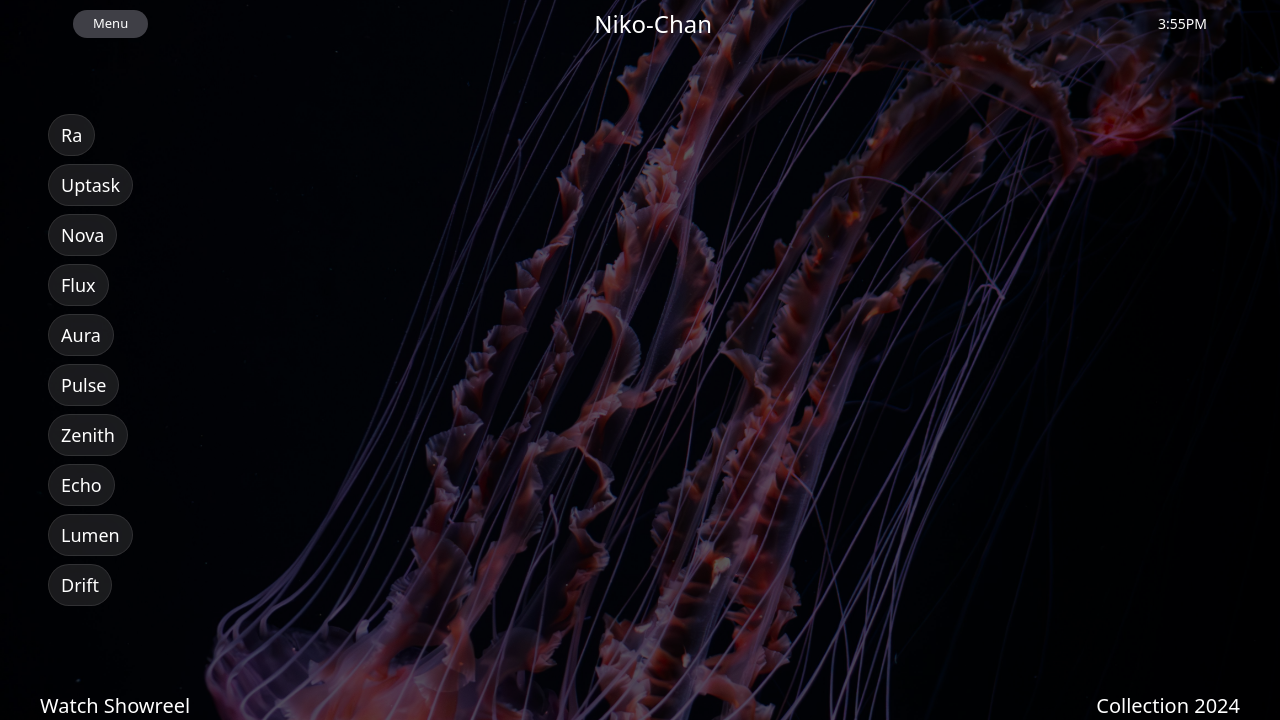
Repository: nikhilsinghrathore1/Niks_indian_local
Page: /
An editor plug-in stored every save of this project. The page is shown before and after the next save, followed by the edit.
The browser window is 1280 px wide. The pictures show the whole page.
The project was rebuilt for these pictures with package versions that can differ from the ones it lists, and the page was loaded fresh each time. Also part of the build but not shown: vite.config.ts.

Above is the page before, as saved 2024-08-27 11:26:27.

### src/App.tsx
import { useState } from 'react'
import reactLogo from './assets/react.svg'
import viteLogo from '/vite.svg'
import './App.css'
import Landing from './Components/Landing'

function App() {
  const [count, setCount] = useState(0)

  return (
    <>

      <Landing/>
    </>
  )
}

export default App

### src/App.css
@font-face {
               font-family:font1 ;
               src: url("./assets/Fontspring-DEMO-rocgroteskcomp-regular.otf");
}

.f1{
               font-family: font1;
}

.item>p{
               padding: 6px 12px;

               font-weight: lighter;
               background-color: rgba(255, 255, 255, 0.1);
               border-radius: 40px;
               border: 1px solid rgba(255, 255, 255, 0.1);
               backdrop-filter: blur(20px);
               transition: 0.3s;
}

.item>p:hover{
               background: none;
               border: 1px solid rgba(255, 255, 255, 0.25);
}

.preview{
               position: fixed ;
               width: 100% ;
               height: 100% ;
               color: #fff;
               z-index: 1;
}

.preview-bg{
               position: absolute;
               width: 100%;
               pointer-events: none;
               height: 100%;
               opacity: 0.35;
}

.preview-title h1{
               font-weight:  lighter;
               font-size: 80px;
}

.preview p , .preview-description p{
               font-size: 14px;
               line-height: 120%;
}

.preview-varient-1 .preview-img{
               position: absolute;
               bottom: 0;
               right: 0;
               margin: 2em;
               width: 300px;
               height: 400px;
               clip-path: polygon(0% 100%, 100%, 100% , 100% 100% , 0% 100%);

}

.preview-varient-1 .preview-title{
               position: absolute;
               top: 35%;
               left: 25%;
}
.preview-varient-1 .preview-tags{
               position: absolute;
               top: 35%;
               left: 40%;
}

.preview-varient-1 .preview-description{
               width: 250px;
               position: absolute;
               top: 25%;
               right: 25%;
}
.preview-varient-3 .preview-img{
               position: absolute;
               bottom: 10%;
               left: 15%;
               margin: 2em;
               width: 300px;
               height: 400px;
               clip-path: polygon(0% 0%, 0%, 0% , 0% 100% , 0% 100%);

}

.preview-varient-3 .preview-title{
               position: absolute;
               bottom: 40%;
               right: 15%;
}
.preview-varient-3 .preview-tags{
               position: absolute;
               bottom: 20%;
               right: 30%;
}

.preview-varient-3 .preview-description{
               width: 250px;
               position: absolute;
               left: 20%;
               top: 15%;
}
.preview-varient-2 .preview-img{
               position: absolute;
               top: 10%;
               right: 5%;
               margin: 2em;
               width: 300px;
               height: 400px;
               clip-path: polygon(100% 0%, 100%, 0% , 100% 100% , 100% 100%);

}

.preview-varient-2 .preview-title{
               position: absolute;
               bottom: 30%;
               left: 50%;
}
.preview-varient-2 .preview-tags{
               position: absolute;
               top: 25%;
               left: 25%;
}

.preview-varient-3 .preview-description{
               width: 250px;
               position: absolute;
               right: 10%;
               bottom: 15%;
}

### src/Components/Landing.tsx
// Landing.tsx
import { useEffect, useRef } from 'react';
import gsap from 'gsap';
import img1 from '../assets/img1.jpg';
import img2 from '../assets/img2.jpg';
import img3 from '../assets/img3.jpg';
import img4 from '../assets/img4.jpg';
import img5 from '../assets/img5.jpg';
import img6 from '../assets/img6.jpg';
import img7 from '../assets/img7.jpg';
import img8 from '../assets/img8.jpg';
import img9 from '../assets/img9.jpg';
import img10 from '../assets/img10.jpg';
import defaultBg from '../assets/default-bg.jpg';

interface TransformProps {
  x?: number;
  y?: number;
  opacity?: number;
}

type VariantTransform = {
  [key: string]: {
    [elementClass: string]: TransformProps;
  };
};

const mapClasses = [
  'variant-1',
  'variant-2',
  'variant-3',
  'variant-1',
  'variant-2',
  'variant-3',
  'variant-1',
  'variant-2',
  'variant-3',
  'variant-1',
];

const previews = [
  {
    img: img1,
    title: 'Ra',
    tags: 'Futuristic Fashion, Minimal Design',
    description:
      'Exploring the intersection of minimalism and future fashion trends in web design.',
    bg: img1,
  },
  {
    img: img2,
    title: 'Uptask',
    tags: 'Fashion Innovation, Graphic Simplicity',
    description:
      'Innovative fashion web design with a core focus on simplicity and elegance.',
    bg: img2,
  },
  {
    img: img3,
    title: 'Nova',
    tags: 'Space Inspired, Modern Aesthetics',
    description:
      'A modern take on space-inspired designs blending technology and art.',
    bg: img3,
  },
  {
    img: img4,
    title: 'Flux',
    tags: 'Dynamic Layouts, Vibrant Colors',
    description:
      'Dynamic and colorful layouts that capture attention and engage users.',
    bg: img4,
  },
  {
    img: img5,
    title: 'Aura',
    tags: 'Serene Designs, Pastel Themes',
    description:
      'Creating calm and soothing user experiences through pastel-themed designs.',
    bg: img5,
  },
  {
    img: img6,
    title: 'Pulse',
    tags: 'Energetic Vibes, Bold Typography',
    description:
      'Harnessing energy and movement with bold typography and striking visuals.',
    bg: img6,
  },
  {
    img: img7,
    title: 'Zenith',
    tags: 'Peak Performance, Sleek Interfaces',
    description:
      'Designs focused on peak performance and sleek, intuitive interfaces.',
    bg: img7,
  },
  {
    img: img8,
    title: 'Echo',
    tags: 'Repetitive Patterns, Minimalist Touch',
    description:
      'Utilizing repetitive patterns to create harmony and balance in design.',
    bg: img8,
  },
  {
    img: img9,
    title: 'Lumen',
    tags: 'Light Themes, Clarity Focused',
    description:
      'Emphasizing clarity and readability through light-themed designs.',
    bg: img9,
  },
  {
    img: img10,
    title: 'Drift',
    tags: 'Fluid Movements, Abstract Forms',
    description:
      'Incorporating fluid movements and abstract forms for a unique user experience.',
    bg: img10,
  },
];

const Landing: React.FC = () => {
  const containerRef = useRef<HTMLDivElement>(null);
  const previewBgRef = useRef<HTMLDivElement>(null);
  const itemsRef = useRef<Array<HTMLDivElement | null>>([]);

  useEffect(() => {
    const defaultClipPath: { [key: string]: string } = {
      'variant-1': 'polygon(0% 100%, 100% 100%, 100% 100%, 0% 100%)',
      'variant-2': 'polygon(100% 0%, 100% 0%, 100% 100%, 100% 100%)',
      'variant-3': 'polygon(0% 0%, 0% 0%, 0% 100%, 0% 100%)',
    };

    const variantTransform: VariantTransform = {
      'variant-1': {
        title: { x: 75, opacity: 0 },
        tags: { y: -75, opacity: 0 },
        description: { x: -75, opacity: 0 },
      },
      'variant-2': {
        title: { x: -75, opacity: 0 },
        tags: { y: -75, opacity: 0 },
        description: { y: 75, opacity: 0 },
      },
      'variant-3': {
        title: { x: 75, opacity: 0 },
        tags: { y: 75, opacity: 0 },
        description: { x: 75, opacity: 0 },
      },
    };

    const getDefaultClipPath = (previewElement: HTMLDivElement): string => {
      for (const variant in defaultClipPath) {
        if (previewElement.classList.contains(variant)) {
          return defaultClipPath[variant];
        }
      }
      return 'polygon(100% 0%, 0% 0%, 0% 100%, 100% 100%)';
    };

    const applyVariantStyle = (
      previewElement: HTMLDivElement,
      reset: boolean = false
    ) => {
      const variant = mapClasses[Array.from(previewElement.classList).findIndex(cls => cls.startsWith('variant-'))];
      if (variant && variantTransform[variant]) {
        Object.entries(variantTransform[variant]).forEach(
          ([elementClass, transform]) => {
            const element = previewElement.querySelector(
              `.preview-${elementClass}`
            ) as HTMLElement;
            if (element) {
              gsap.set(element, reset ? transform : { x: 0, y: 0, opacity: 1 });
            }
          }
        );
      }
    };

    const changeBg = (newImgSrc: string) => {
      if (previewBgRef.current) {
        gsap.to(previewBgRef.current, {
          backgroundImage: `url(${newImgSrc})`,
          duration: 0.5,
          ease: 'power3.out',
        });
      }
    };

    // Create preview elements
    previews.forEach((preview, index) => {
      const previewElement = document.createElement('div');
      previewElement.className = `preview ${mapClasses[index]} preview-${index + 1}`;
      previewElement.style.opacity = '0';
      previewElement.style.position = 'absolute';
      previewElement.style.top = '50%';
      previewElement.style.left = '50%';
      previewElement.style.transform = 'translate(-50%, -50%)';
      previewElement.style.pointerEvents = 'none';
      previewElement.innerHTML = `
        <div class="preview-img">
          <img src="${preview.img}" alt="${preview.title}" />
        </div>
        <div class="preview-title">
          <h1>${preview.title}</h1>
        </div>
        <div class="preview-tags">
          <p>${preview.tags}</p>
        </div>
        <div class="preview-description">
          <p>${preview.description}</p>
        </div>
      `;
      if (containerRef.current) {
        containerRef.current.appendChild(previewElement);
        applyVariantStyle(previewElement, true);
      }
    });

    let activePreview: HTMLDivElement | null = null;

    itemsRef.current.forEach((item, index) => {
      if (item) {
        item.addEventListener('mouseenter', () => {
          const newBg = previews[index].bg;
          changeBg(newBg);

          const newActivePreview = containerRef.current?.querySelector(
            `.preview-${index + 1}`
          ) as HTMLDivElement;

          if (activePreview && activePreview !== newActivePreview) {
            gsap.to(activePreview, {
              opacity: 0,
              duration: 0.5,
              ease: 'power3.out',
              onComplete: () => applyVariantStyle(activePreview!, true),
            });
          }

          gsap.to(newActivePreview, {
            opacity: 1,
            duration: 0.5,
            ease: 'power3.out',
            onStart: () => applyVariantStyle(newActivePreview, false),
          });

          activePreview = newActivePreview;
        });

        item.addEventListener('mouseleave', () => {
          if (activePreview) {
            gsap.to(activePreview, {
              opacity: 0,
              duration: 0.5,
              ease: 'power3.out',
              onComplete: () => applyVariantStyle(activePreview!, true),
            });
            activePreview = null;
            changeBg(defaultBg);
          }
        });
      }
    });

    // Set initial background
    changeBg(defaultBg);
  }, []);

  return (
    <div className='w-full h-screen overflow-hidden fixed text-white bg-black'>
      {/* Nav Bar */}
      <nav className='w-full fixed flex pt-2 items-center justify-around gap-[300px]  z-50'>
        <div className='menu-btn w-fit bg-zinc-700 rounded-full backdrop-blur-md px-5 py-1 cursor-pointer'>
          <h1 className='text-[13px]'>Menu</h1>
        </div>
        <div className='logo  text-2xl'>
          <h1>Niko-Chan</h1>
        </div>
        <div className='local-time text-sm'>
          <h1>3:55PM</h1>
        </div>
      </nav>

      {/* Footer */}
      <div className='footer fixed px-10 bottom-0 text-xl flex items-center justify-between w-full z-50'>
        <p>Watch Showreel</p>
        <p>Collection 2024</p>
      </div>

      {/* Items List */}
      <div
        className='items fixed w-1/3 h-full flex flex-col px-12 text-2xl leading-tight capitalize justify-center z-30'
        >
        {previews.map((preview, index) => (
          <div
            key={index}
            className='item w-fit py-1  text-lg cursor-pointer'
            ref={(el) => (itemsRef.current[index] = el)}
          >
            <p className='px-5'>{preview.title}</p>
          </div>
        ))}
      </div>

      {/* Preview Background */}
      <div
        className='preview-bg fixed top-0 left-0 w-full h-full bg-cover bg-center z-10 transition-all duration-500 ease-out'
        ref={previewBgRef}
      ></div>

      {/* Preview Container */}
      <div
        className='preview-container fixed top-0 left-0 w-full h-full pointer-events-none z-20'
        ref={containerRef}
      ></div>
    </div>
  );
};

export default Landing;

Loaded but not shown: index.html (common file); src/main.tsx (common file); src/index.css (common file); tailwind.config.js (common file)

After the next save:
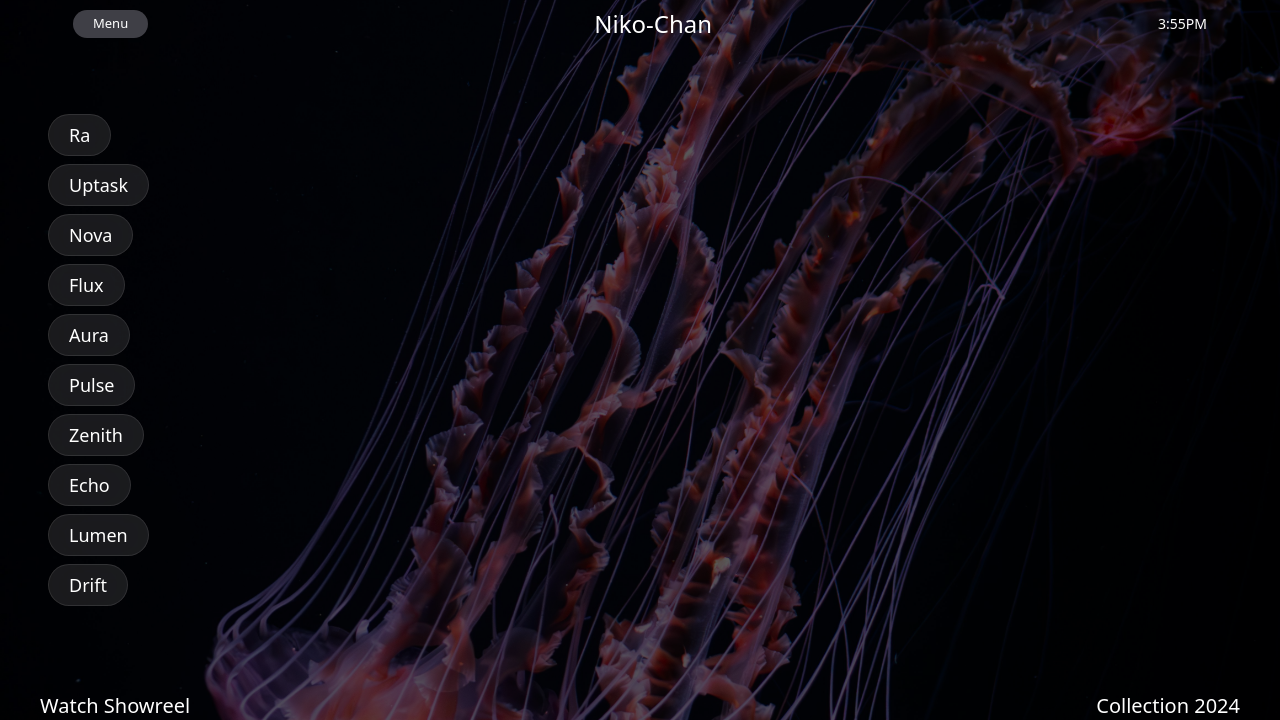
Saved 44 s later.
--- a/src/App.css
+++ b/src/App.css
@@ -8,7 +8,7 @@
 }
 
 .item>p{
-               padding: 6px 12px;
+               padding: 6px 20px;
 
                font-weight: lighter;
                background-color: rgba(255, 255, 255, 0.1);
--- a/src/Components/Landing.tsx
+++ b/src/Components/Landing.tsx
@@ -300,7 +300,7 @@ const Landing: React.FC = () => {
             className='item w-fit py-1  text-lg cursor-pointer'
             ref={(el) => (itemsRef.current[index] = el)}
           >
-            <p className='px-5'>{preview.title}</p>
+            <p >{preview.title}</p>
           </div>
         ))}
       </div>
